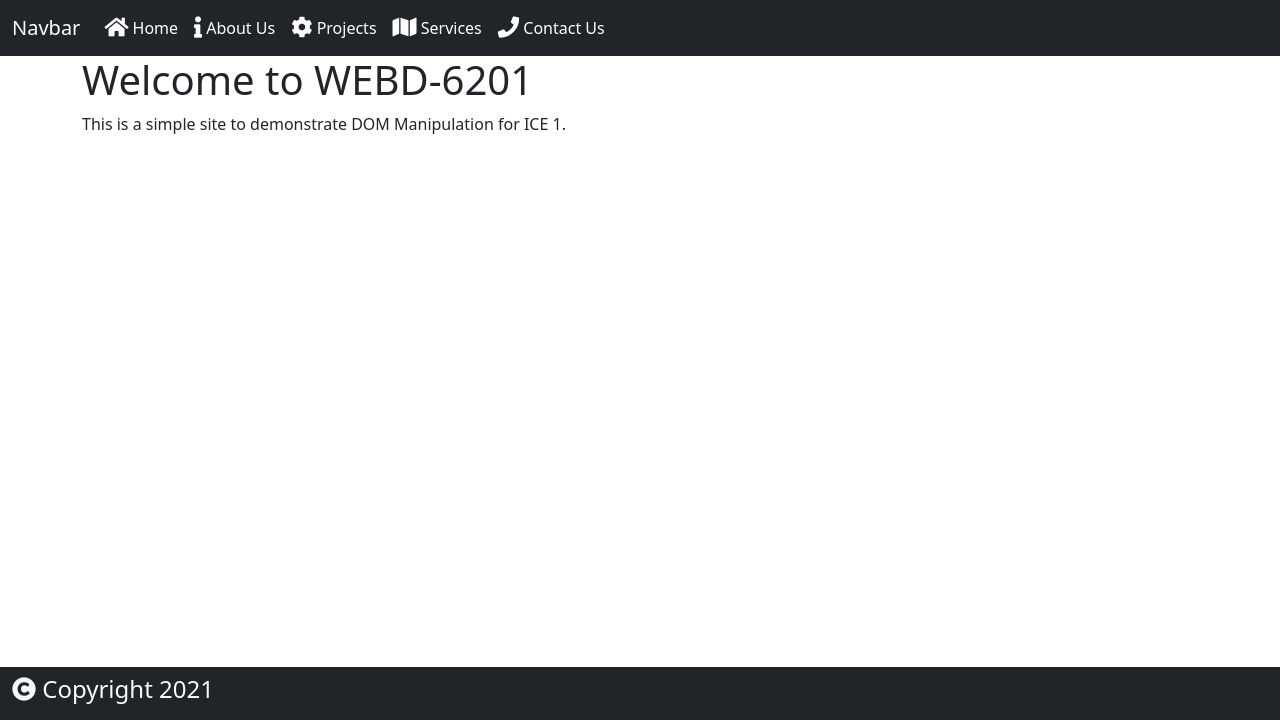
Repository: CKM206/WEBD6201-W2021---ICE1
Page: index.html
The author's editor kept a copy of each file at every save. The page is drawn from the files as they stood at one save, then again after the next save.
The browser window is 1280 px wide. The pictures show the whole page.

Above is the page before, as saved 2021-01-20 09:41:00.

After the next save:
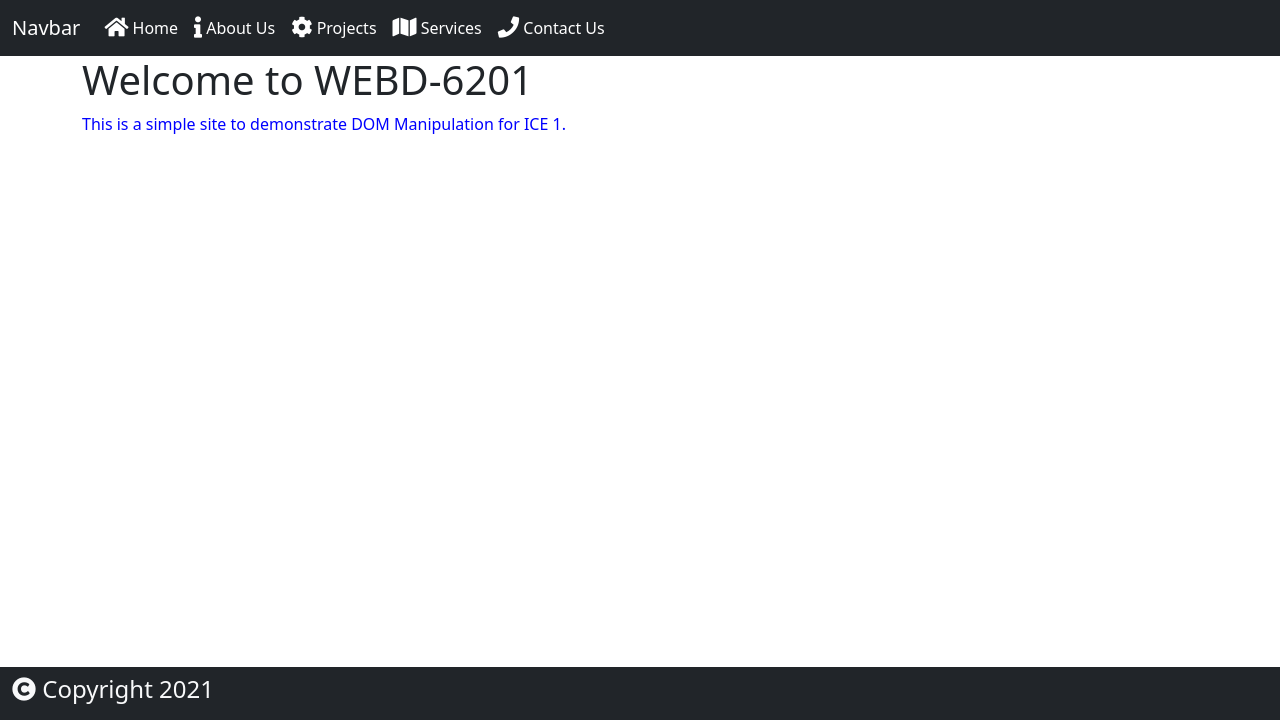
Saved 10 s later.
--- a/Scripts/app.js
+++ b/Scripts/app.js
@@ -29,7 +29,7 @@
         // Assigning values to the textContent of the element we have a reference to
         paragraphOneElement.textContent = paragraphOneText;
         // We can change the style as well...
-        paragraphOneElement.style = ""
+        paragraphOneElement.style = "color: blue;";
 
 
     }

After the 2 saves that followed:
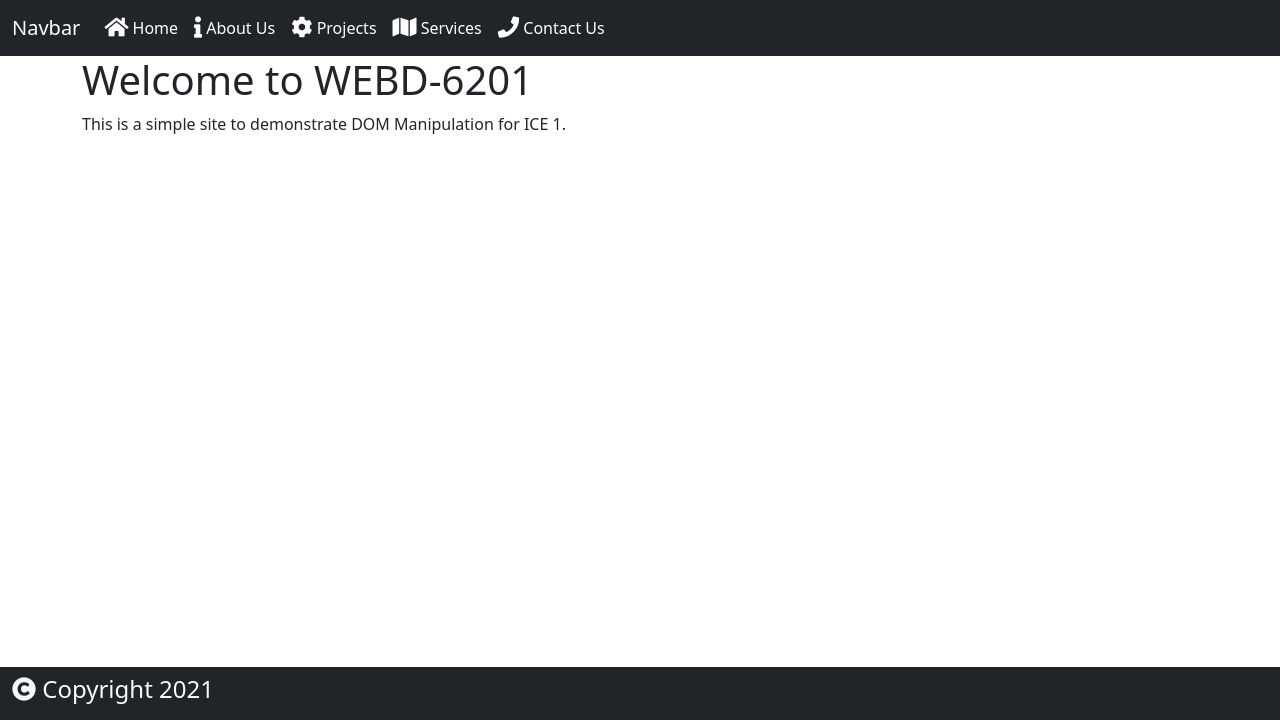
The 2 saves are shown as one change because 1 left the picture as it was.
The last was saved 107 s later.
--- a/Scripts/app.js
+++ b/Scripts/app.js
@@ -29,7 +29,9 @@
         // Assigning values to the textContent of the element we have a reference to
         paragraphOneElement.textContent = paragraphOneText;
         // We can change the style as well...
-        paragraphOneElement.style = "color: blue;";
+        //-For the most part its best to use css sheets, but this can be useful when attempting
+        //-dynamic effects on the webpage
+        //paragraphOneElement.style = "color: blue;";
 
 
     }
